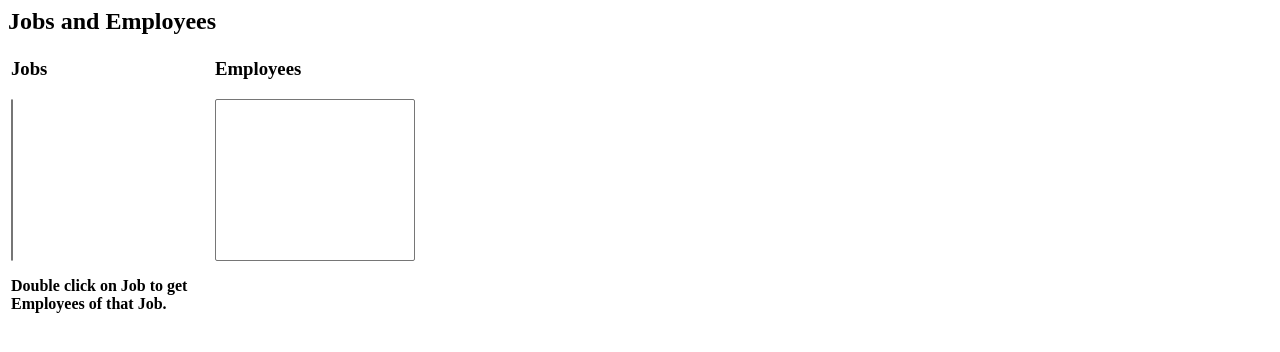
Repository: rejatavi/IntialCommit
Page: Web/WebContent/Jquery/jobs.html
These files come from the project's save history. The page is drawn as it stood at one moment and after the next save; the edit follows.
The browser window is 1280 px wide. The pictures show the whole page.

Above is the page before, as saved 2018-05-29 17:24:39.

### Web/WebContent/Jquery/jobs.html
<html>
<head>
<title>Jobs and Employees</title>
<script src="jquery-3.3.1.min.js"></script>
<script>
	// this is done when page is loaded  (document ready)
	$(function() {
		$.getJSON("jobs.jsp", {}, displayJobs);
	});
	function displayJobs(data) {
		$.each(data, function(index, job) {
			// add items to List box
			$("#jobs")
					.append(
							"<option value='" + job.id + "'>" + job.title
									+ "</option>");
		});
	}
	function getEmployees() {
		$("#employees").contents().remove(); // clear options
		$.getJSON("employees.jsp",
				  {jobid : $("#jobs").val()},
				  displayEmployees);
	}
	function displayEmployees(data) {
		$.each(data, function(index, fullname) {
			// add items to List box
			$("#employees").append("<option>" + fullname + "</option>");
		} // end of function
		); // each
	}
</script>
</head>
<body>
	<h2>Jobs and Employees</h2>
	<table>
		<tr>
			<td valign="top" width="200px">
				<h3>Jobs</h3> <select id="jobs" size="10"
				ondblclick="getEmployees()"></select>
			<p /> <p>
			<b>Double click on Job to get Employees of that Job.</b>
			</td>
			<td valign="top" width="200px">
				<h3>Employees</h3> <select id="employees" size="10"
				style="width: 200px"></select>
			</td>
		</tr>
	</table>
</body>
</html>

Loaded but not shown: Web/WebContent/Jquery/jquery-3.3.1.min.js (library)

After the next save:
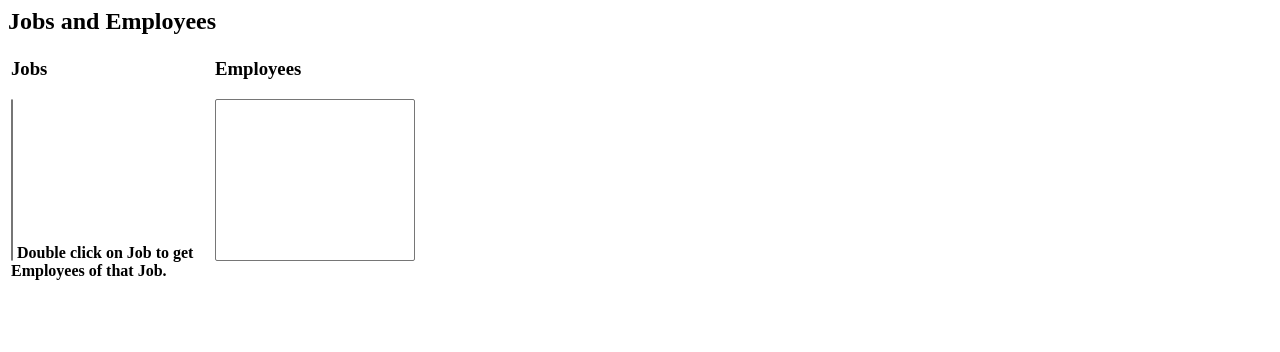
Saved 8 s later.
--- a/Web/WebContent/Jquery/jobs.html
+++ b/Web/WebContent/Jquery/jobs.html
@@ -38,7 +38,6 @@
 			<td valign="top" width="200px">
 				<h3>Jobs</h3> <select id="jobs" size="10"
 				ondblclick="getEmployees()"></select>
-			<p /> <p>
 			<b>Double click on Job to get Employees of that Job.</b>
 			</td>
 			<td valign="top" width="200px">
